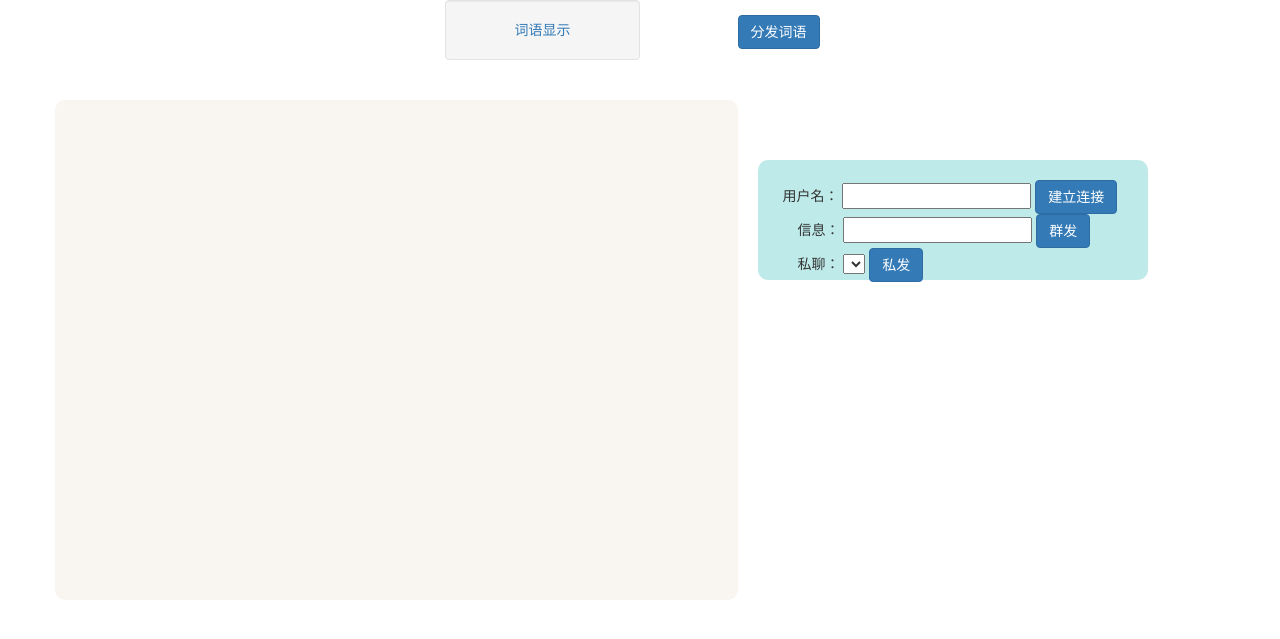
Repository: eheihaha2/whoisthespy-
Page: webDemo/WebContent/room.html
The author's editor kept a copy of each file at every save. The page is drawn from the files as they stood at one save, then again after the next save.
The browser window is 1280 px wide. The pictures show the whole page.

Above is the page before, as saved 2020-02-26 04:59:30.

### webDemo/WebContent/room.html
<!DOCTYPE html>
<html>
<head>
	<script type="text/javascript" src="js/jquery-1.11.0.min.js"></script>
<script type="text/javascript" src="js/bootstrap.js"></script>
<link rel="stylesheet" href="css/bootstrap.css">
<style type="text/css">
	.show{
			margin-right:0;
			background-color:#f9f6f2;
			height: 500px;
			margin-top:20px;
			border-radius: 10px;
		}
		.mss{
			padding:20px 20px 40px 40px;
			background-color:#beebe9;
			height:120px;
			margin-left:20px;;
			margin-top:80px;
			border-radius: 10px;
		}
		.wordsBtn{
			position:relative;
			top:15px;
		}
}
</style>
	<title></title>
</head>
<body>
	<div class="container">
	<div class="row">
		<div class="well text-center text-primary col-md-2 	col-sm-2 col-md-offset-4">词语显示</div>
		<button class="btn wordsBtn btn-primary col-md-offset-1">分发词语</button><br />
	</div>
		<div class="row">
			<div class="col-md-7 col-sm-7 show">
				<div class="info">
				<span class="name"></span>
				<span class="msg"></span>
				</div>
				<div class="userinfo"></div>
     		</div>
     		<div class="col-md-4 col-sm-4 mss">
     			<div class="row">
				<span>用户名：</span>
      			<input type="text" name="username"/>
     			<button id="connBtn" class="btn btn-primary">建立连接</button><br />
     			</div>
			<span>信息：</span>
     		<input type="text" name="info"/>
      		<button id="subBtnAll" class="btn btn-primary">群发</button><br />
			<span>私聊：</span>
     		<select id="userList">
			</select>
			<button id="subBtn" class="btn btn-primary">私发</button>
			</div>
		</div>
	</div>
</body>
<script type="text/javascript">
	var ws=null;
	var username=null;
	var url="ws://localhost:8080/webDemo/chatRoom/";
		// 后续的消息添加都是用其做二次克隆
      	var info = $(".info").clone();
		//点击建立连接的按钮
      	$("#connBtn").on("click",function(){
      		if("WebSocket" in window){
      			username = $("input[name='username']").val();
      			ws = new WebSocket(url+username);
      			//有了webSocket连接对象之后，我就开始监听消息
      			//服务器端的所有消息都会来到这
      			ws.onmessage = function(evt){
      				var received_msg = evt.data;
      				var jsonReceive_msg = JSON.parse(received_msg);
      				var head = jsonReceive_msg.head;//获得服务器数据，解析数据获得数据类型
      				var data =jsonReceive_msg.data;//真正的data所在
      				switch (head) {
      					case "sendAll":
      					sendAll(data);
      						break;
      					case "sendTo":
      					sendTo(data);
      						break;
      					case "onLine":
      					onLine(data);
      						break;
      					case "userList":
      					userList(data);
      						break;
      					default:
      						break;
      				}
      			}
      		}else{
      			alert("您的浏览器不支持 WebSocket!");
      		}
      	})

      	//细节定义每种功能的数据接口
      	//构建JSON格式发送给服务器：{from:来自谁,msg:消息本身}
      	function sendAll(data){
      		var infoDiv = info.clone();//这个就是我要渲染的dom节点
      		//用于把从服务器端获得的JSON字符串的data解析为原生JS值
      		//var jsonData=JSON.parse(data);
      		infoDiv.find(".name").text("来自于："+data.from+"(群发)");
      		infoDiv.find(".msg").text(data.msg);
      		$(".info").parent().append(infoDiv);
      	}
      	// 构建JSON格式发送给服务器：{from:来自谁,msg:消息本身}
      	function sendTo(data){
      		var infoDiv = info.clone();//这个就是我要渲染的dom节点
      		infoDiv.find(".name").text("来自于："+data.from+"(私发)");
      		infoDiv.find(".msg").text(data.msg);
      		$(".info").parent().append(infoDiv);
      	}
      	// 构建JSON格式发送给服务器：{name:上线人姓名}
      	function onLine(data){
      	//$(".userinfo").empty();
      	console.log(data);
      	$(".userinfo").append("<p>"+"【"+data.name+"上线了】"+"</p>");
      	}
      	// 构建JSON格式发送给服务器：[用户1,用户2]
      	function userList(data){
      		$("#userList").empty();
      		var jsonData=JSON.parse(data);
      		$("#userList").append("<option>请选择</option>");
      		$.each(jsonData,function(index,item){
      			$("#userList").append("<option value="+item+">"+item+"</option>");
      		})
      	}

      	//点击群发按钮
      	$("#subBtnAll").on("click",function(){
      		//var sentName = $("input[name='username']").val();
      		var msg = $("input[name='info']").val();
      		console.log(msg);
      		var jsonMsg={
      			"head":"sendAll",
      			"data":msg
      			//"from":sentName,
      			//"msg":msg
      		}
      		console.log(jsonMsg);
      		//var subAllEnd =JSON.stringify(jsonMsg);
      		ws.send(JSON.stringify(jsonMsg));
      	})
      	//点击私发按钮
      	$("#subBtn").on("click",function(){
      		var msg=$("input[name=info]").val();
      		var toUser=$("#userList").val();
      		console.log(toUser);
      		var jsonMsg={
      			"head":"sendTo",
      			"data":{
      				"to":toUser,
      				"msg":msg
      			}
      		}
      		console.log(jsonMsg);
      		ws.send(JSON.stringify(jsonMsg));
      	})
</script>
</html>

Loaded but not shown: webDemo/WebContent/js/jquery-1.11.0.min.js (library); webDemo/WebContent/js/bootstrap.js (library); webDemo/WebContent/css/bootstrap.css (library)

After the next save:
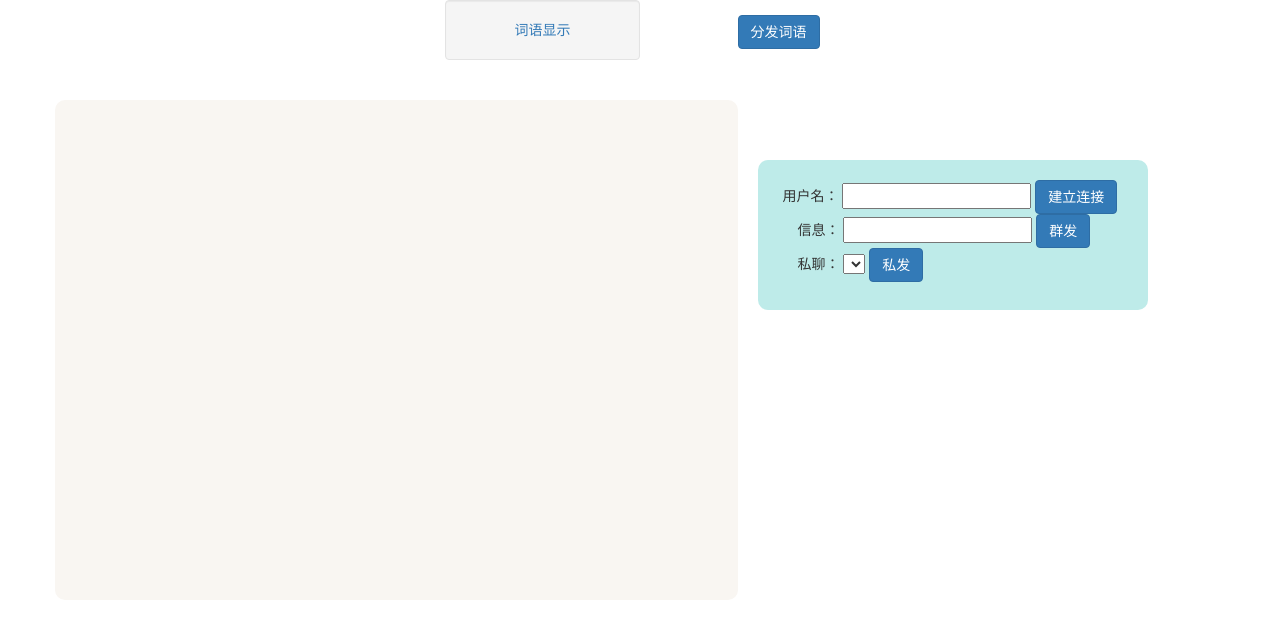
Saved 17 s later.
--- a/webDemo/WebContent/room.html
+++ b/webDemo/WebContent/room.html
@@ -15,7 +15,7 @@
 		.mss{
 			padding:20px 20px 40px 40px;
 			background-color:#beebe9;
-			height:120px;
+			height:150px;
 			margin-left:20px;;
 			margin-top:80px;
 			border-radius: 10px;
